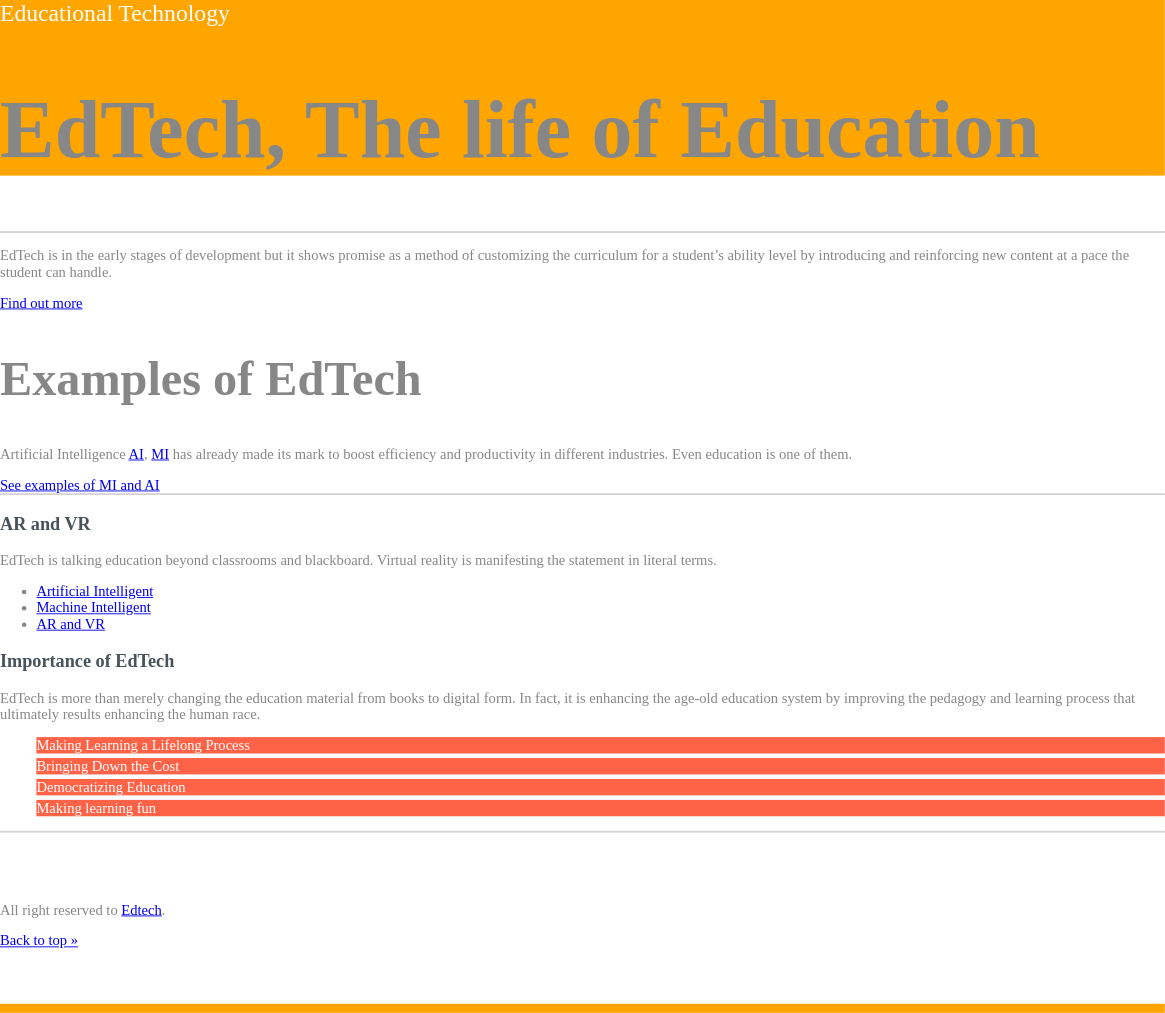
Repository: tunmishyi/edtech
Page: index.html
These files come from the project's save history. The page is drawn as it stood at one moment and after the next save; the edit follows.
The browser window is 1280 px wide. The pictures show the whole page, at 91% of full size.

Above is the page before, as saved 2020-06-06 17:44:26.

After the next save:
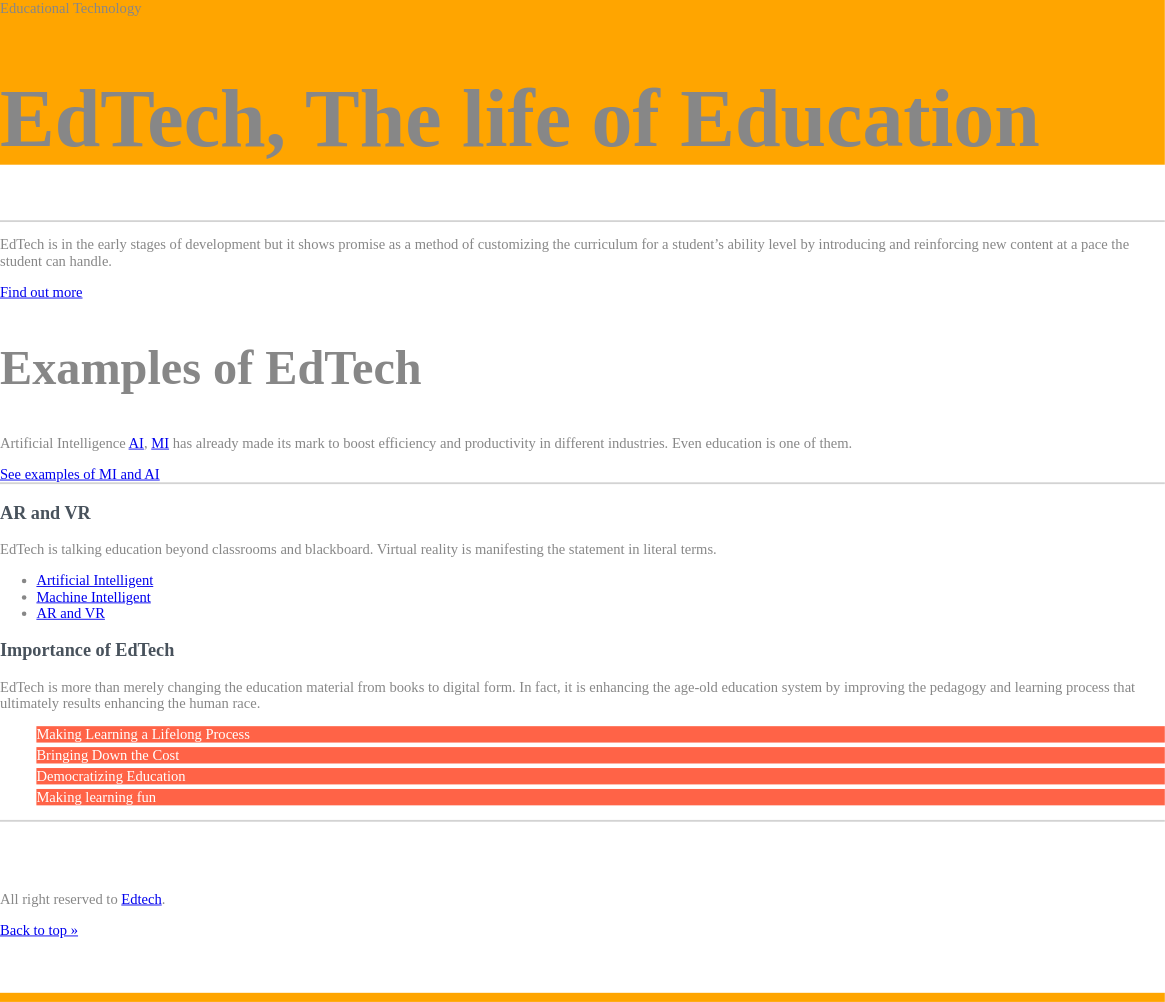
Saved 18 s later.
--- a/style.css
+++ b/style.css
@@ -7,7 +7,7 @@ body {
     background-color: orange;
 }
 
-.main-header span {
+.title {
     color: white;
     font-size: 26px;
 }
